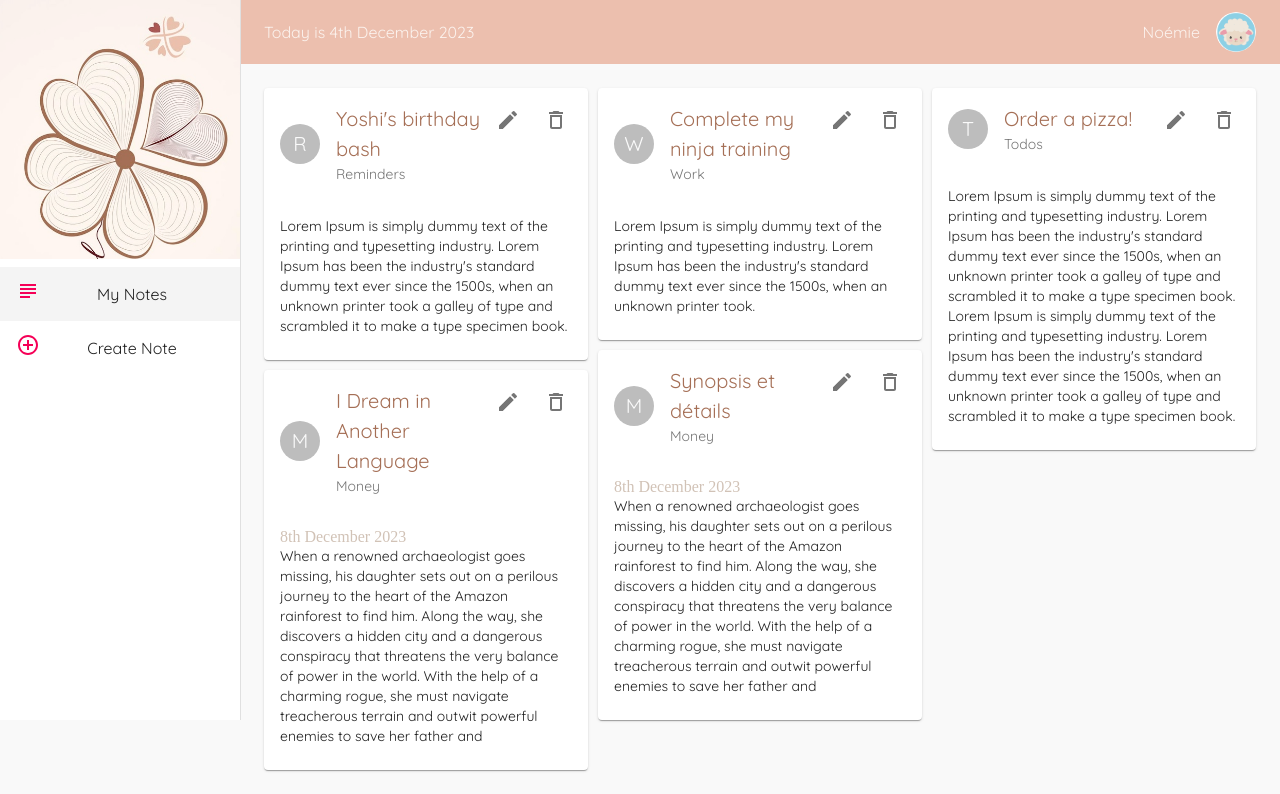
Repository: noemiepham/noemieblognote
Page: /
An editor plug-in stored every save of this project. The page is shown before and after a run of saves, followed by the edit.
The browser window is 1280 px wide. The pictures show the whole page.
The project was rebuilt for these pictures with package versions that can differ from the ones it lists, and the page was loaded fresh each time. Requests to the local data server were answered from the project's data file. Also part of the build but not shown: src/pages/Create.js.

Above is the page before, as saved 2023-12-08 16:35:56.

After the next 2 saves:
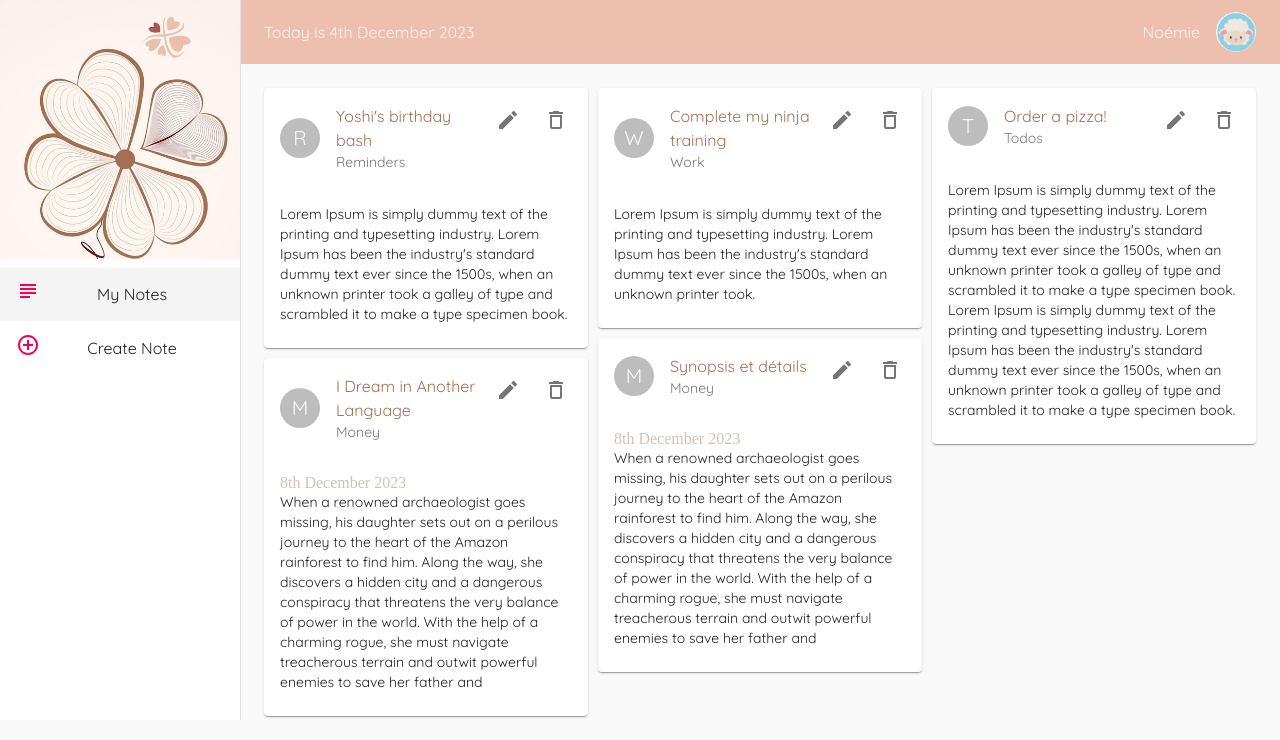
The 2 saves are shown as one change because 1 did not build or start.
The last was saved 65 s later.
--- a/src/components/NoteCard.js
+++ b/src/components/NoteCard.js
@@ -13,9 +13,12 @@ import EditIcon from "@material-ui/icons/Edit";
 
 const useStyles = makeStyles({
   title: {
-    fontSize: 20,
+    fontSize: 16,
     fontWeight: 500,
     color: "#a56f56 ",
+  },
+  detail: {
+    lineHeight: 30,
   },
   avatar: {
     backgroundColor: (note) => {
